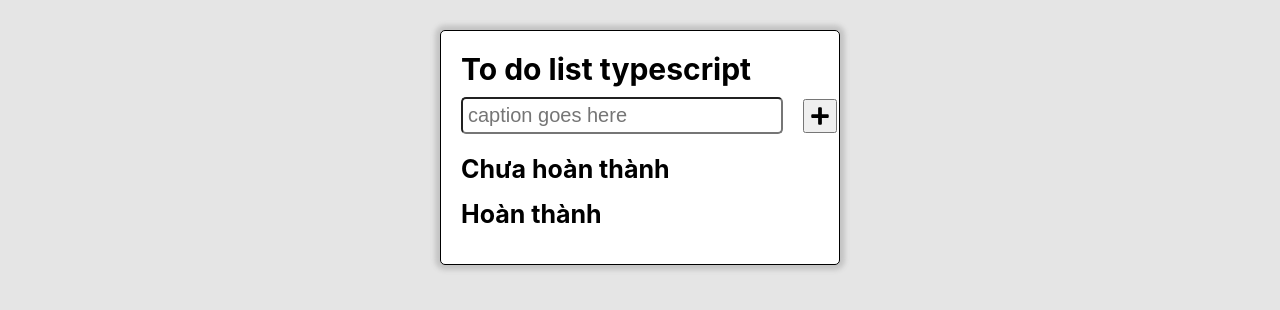
Repository: Nhatktvn/TodoListReactTs
Page: /
The author's editor kept a copy of each file at every save. The page is drawn from the files as they stood at one save, then again after the next save.
The browser window is 1280 px wide. The pictures show the whole page.
The project was rebuilt for these pictures with package versions that can differ from the ones it lists, and the page was loaded fresh each time.

Above is the page before, as saved 2023-11-08 16:50:17.

### src/index.css
* {
  margin: 0;
  padding: 0;
  box-sizing: border-box;
}

html {
  font-size: 10px;
  --font-size: 2rem;
}

body {
  margin: 0;
  font-family: -apple-system, BlinkMacSystemFont, 'Segoe UI', 'Roboto', 'Oxygen', 'Ubuntu', 'Cantarell', 'Fira Sans',
    'Droid Sans', 'Helvetica Neue', sans-serif;
  -webkit-font-smoothing: antialiased;
  -moz-osx-font-smoothing: grayscale;
  background-color: #e5e5e5;
}

input,
button {
  font-size: var(--font-size);
}
code {
  font-family: source-code-pro, Menlo, Monaco, Consolas, 'Courier New', monospace;
}

### src/App.tsx
import React from 'react'
import './App.css'
import TodoList from './components/TodoList/TodoList'

function App() {
  return (
    <div className='App'>
      <TodoList />
    </div>
  )
}

export default App

### src/components/TodoList/TodoList.tsx
import React, { useState, useEffect } from 'react'
import styles from './todoList.module.scss'
import TaskInput from '../TaskInput/TaskInput'
import { Todo } from '../../@types/todo.type'
import TaskList from '../TaskList/TaskList'
export default function TodoList() {
  const [currentTodo, setCurrentTodo] = useState<Todo | null>(null)
  const [listTask, setListTask] = useState<Todo[]>([])
  const doneTasks = listTask.filter((task) => task.done)
  const notDoneTasks = listTask.filter((task) => !task.done)
  useEffect(() => {
    const todosString = localStorage.getItem('todos')
    const listTaskParse = JSON.parse(todosString || '[]')
    setListTask(listTaskParse)
  }, [])

  const handleSaveStorage = (todos: Todo[]) => {
    const todosString = JSON.stringify(todos)
    localStorage.setItem('todos', todosString)
  }

  const addTodo = (name: String) => {
    const todo: Todo = { done: false, name, id: listTask.length + 1 }
    setListTask((prev) => [...prev, todo])
    const todosObject = [...listTask, todo]
    handleSaveStorage(todosObject)
  }
  const handleEditDoneTodos = (id: number, done: boolean) => {
    setListTask((prev) => {
      return prev.map((todo) => {
        if (todo.id === id) {
          return { ...todo, done }
        }
        return todo
      })
    })
    const todosObject = listTask.map((todo) => {
      if (todo.id === id) {
        return { ...todo, done }
      }
      return todo
    })
    handleSaveStorage(todosObject)
  }

  const handleGetCurrentTodo = (id: number) => {
    const findTodo = listTask.find((todo) => todo.id === id)
    if (findTodo) {
      setCurrentTodo(findTodo)
    }
  }

  const handleEditNameTodos = (id: number, name: String) => {
    setListTask((prev) => {
      return prev.map((todo) => {
        if (todo.id === id) {
          return { ...todo, name }
        }
        return todo
      })
    })
    setCurrentTodo(null)
  }

  const handleDelete = (id: number) => {
    setListTask((prev) => {
      return prev.filter((todo) => {
        if (todo.id !== id) {
          return todo
        }
      })
    })
    const todosObject = listTask.filter((todo) => {
      if (todo.id !== id) {
        return todo
      }
    })
    handleSaveStorage(todosObject)
  }

  return (
    <div className={styles.todoList}>
      <div className={styles.todoListContainer}>
        <TaskInput addTodo={addTodo} currentTodo={currentTodo} handleEditNameTodos={handleEditNameTodos} />
        <TaskList
          doneTaskList={false}
          todos={notDoneTasks}
          handleEditDoneTodos={handleEditDoneTodos}
          handleDelete={handleDelete}
          handleGetCurrentTodo={handleGetCurrentTodo}
        />
        <TaskList
          doneTaskList={true}
          todos={doneTasks}
          handleEditDoneTodos={handleEditDoneTodos}
          handleDelete={handleDelete}
          handleGetCurrentTodo={handleGetCurrentTodo}
        />
      </div>
    </div>
  )
}

### src/components/TodoList/todoList.module.scss
.todoList {
  padding: 3rem;
}
.todoListContainer {
  background-color: #fff;
  padding: 2rem;
  max-width: 40rem;
  border-radius: 5px;
  margin: 0 auto;
  border: 1px solid #000;
  box-shadow: 0px 0px 5px 5px #c4c4c4;
  text-align: left;
}

### src/components/TaskInput/TaskInput.tsx
import React, { useState, useEffect } from 'react'
import styles from './taskInput.module.scss'
import { FaPlus } from 'react-icons/fa'
import { Todo } from '../../@types/todo.type'
interface TaskInputProps {
  addTodo: (name: String) => void
  currentTodo: Todo | null
  handleEditNameTodos: (id: number, name: String) => void
}
export default function TaskInput(props: TaskInputProps) {
  const { addTodo, currentTodo, handleEditNameTodos } = props
  const [inputTask, setTaskInput] = useState<String>('')
  useEffect(() => {
    if (currentTodo) {
      setTaskInput(currentTodo.name)
    }
  }, [currentTodo])
  const handleSubmit = (e: React.FormEvent<HTMLFormElement>) => {
    e.preventDefault()
    if (inputTask === '') {
      alert('Vui lòng không để trống')
      return
    }
    if (currentTodo) {
      handleEditNameTodos(currentTodo.id, inputTask)
    } else {
      addTodo(inputTask)
    }
    setTaskInput('')
  }
  return (
    <div>
      <h1 className={styles.title}>To do list typescript</h1>
      <form className={styles.form} onSubmit={handleSubmit}>
        <input
          type='text'
          placeholder='caption goes here'
          value={`${inputTask}`}
          onChange={(e) => setTaskInput(e.target.value)}
        />
        <button type='submit'>
          <FaPlus />
        </button>
      </form>
    </div>
  )
}

### src/components/TaskList/TaskList.tsx
import React from 'react'
import styles from './tasklist.module.scss'
import { AiFillEdit } from 'react-icons/ai'
import { MdDelete } from 'react-icons/md'
import { Todo } from '../../@types/todo.type'
interface TaskLiskProps {
  doneTaskList: boolean
  todos: Todo[]
  handleEditDoneTodos: (id: number, done: boolean) => void
  handleDelete: (id: number) => void
  handleGetCurrentTodo: (id: number) => void
}
export default function TaskList(props: TaskLiskProps) {
  const { doneTaskList, todos, handleEditDoneTodos, handleDelete, handleGetCurrentTodo } = props

  return (
    <div>
      <h2 className={styles.title}>{doneTaskList ? 'Hoàn thành' : 'Chưa hoàn thành'}</h2>
      <div className={styles.tasks}>
        {todos.map((val) => {
          return (
            <div className={styles.task} key={val.id}>
              <input type='checkbox' checked={val.done} onChange={() => handleEditDoneTodos(val.id, !val.done)} />
              <span className={`${styles.taskName} ${val.done ? styles.taskNameDone : ''}`}>{val.name}</span>
              <div className={styles.taskAction}>
                <button className={styles.btn} onClick={() => handleGetCurrentTodo(val.id)}>
                  <AiFillEdit />
                </button>
                <button className={styles.btn} onClick={() => handleDelete(val.id)}>
                  <MdDelete />
                </button>
              </div>
            </div>
          )
        })}
      </div>
    </div>
  )
}

### src/components/TaskInput/taskInput.module.scss
.title {
  font-size: 3rem;
  margin-bottom: 1rem;
}

.form {
  display: flex;
  justify-content: left;
  align-items: center;
  gap: 2rem;
  margin-bottom: 2rem;
  input {
    flex: 0 0 90%;
    max-width: 90%;
    padding: 5px;
    border-radius: 5px;
  }
  button {
    flex-shrink: 0;
    cursor: pointer;
    display: flex;
    justify-content: center;
    align-items: center;
    padding: 5px;
  }
}

### src/components/TaskList/tasklist.module.scss
.title {
  font-size: 2.5rem;
  margin-bottom: 1.5rem;
}
.tasks {
  .task {
    display: flex;
    justify-content: flex-start;
    align-items: center;
    &:not(:last-child) {
      margin-bottom: 1rem;
    }
    input {
      flex: 0 0 10%;
      max-width: 10%;
      height: 2rem;
    }
    .taskName {
      flex: 0 0 70%;
      max-width: 70%;
      font-size: 2rem;
      &.taskNameDone {
        text-decoration: line-through;
        color: rgb(110, 110, 110);
      }
    }
    .taskAction {
      flex: 0 0 20%;
      max-width: 20%;
      display: flex;
      gap: 1rem;
      .btn {
        padding: 2px;
        display: flex;
        justify-content: center;
        align-items: center;
        cursor: pointer;
      }
    }
  }
}

Loaded but not shown: public/index.html (common file); src/index.tsx (common file); src/reportWebVitals.ts (common file); src/App.css (common file)

After the next save:
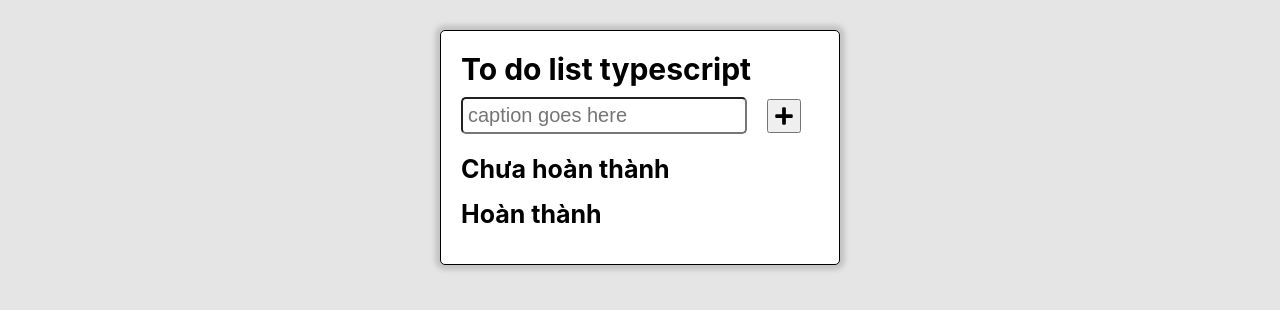
Saved 7 s later.
--- a/src/components/TaskInput/taskInput.module.scss
+++ b/src/components/TaskInput/taskInput.module.scss
@@ -10,8 +10,8 @@
   gap: 2rem;
   margin-bottom: 2rem;
   input {
-    flex: 0 0 90%;
-    max-width: 90%;
+    flex: 0 0 80%;
+    max-width: 80%;
     padding: 5px;
     border-radius: 5px;
   }
